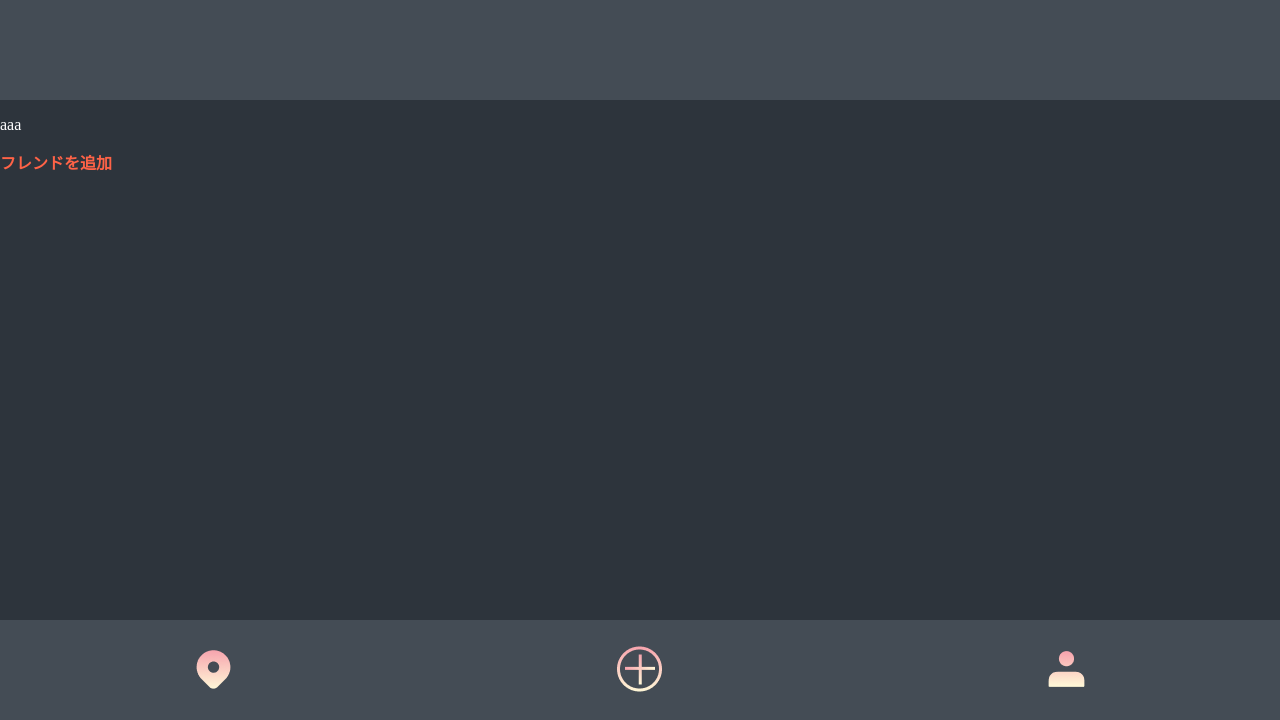
Repository: ren0714poo/respos
Page: addition.html
The author's editor kept a copy of each file at every save. The page is drawn from the files as they stood at one save, then again after the next save.
The browser window is 1280 px wide. The pictures show the whole page.

Above is the page before, as saved 2025-07-17 14:31:57.

After the next save:
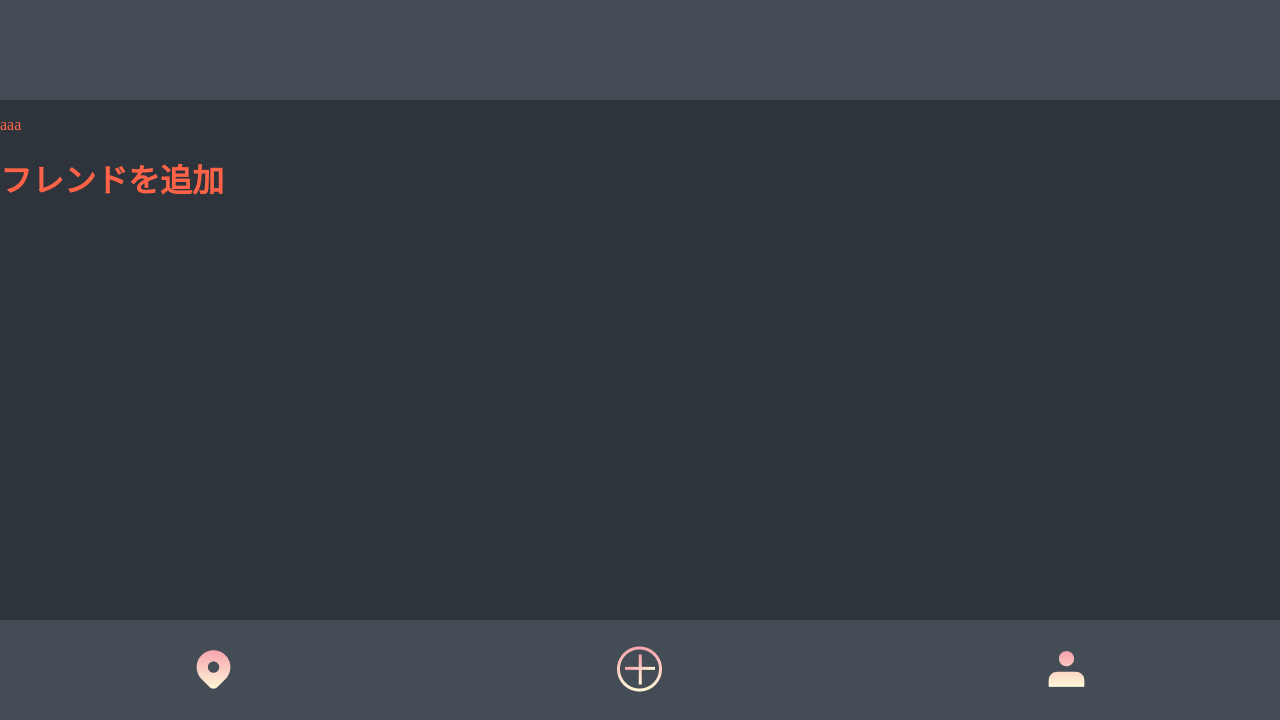
Saved 10 s later.
--- a/css/addition.css
+++ b/css/addition.css
@@ -35,7 +35,7 @@
   grid-area: main;
 }
 
-.addition h1{
+.addition {
   color: tomato;
   font-size: 16px;
 }

After the save that followed:
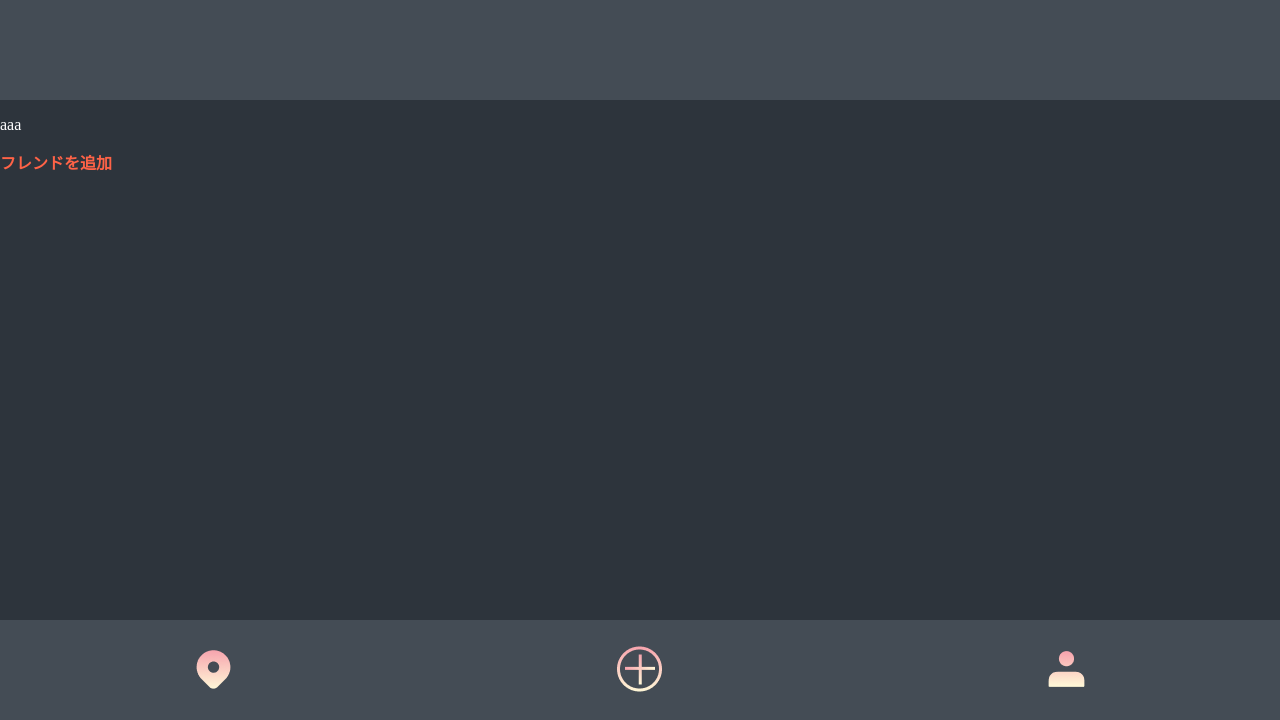
Saved 8 s later.
--- a/css/addition.css
+++ b/css/addition.css
@@ -35,7 +35,7 @@
   grid-area: main;
 }
 
-.addition {
+.addition h1{
   color: tomato;
   font-size: 16px;
 }
